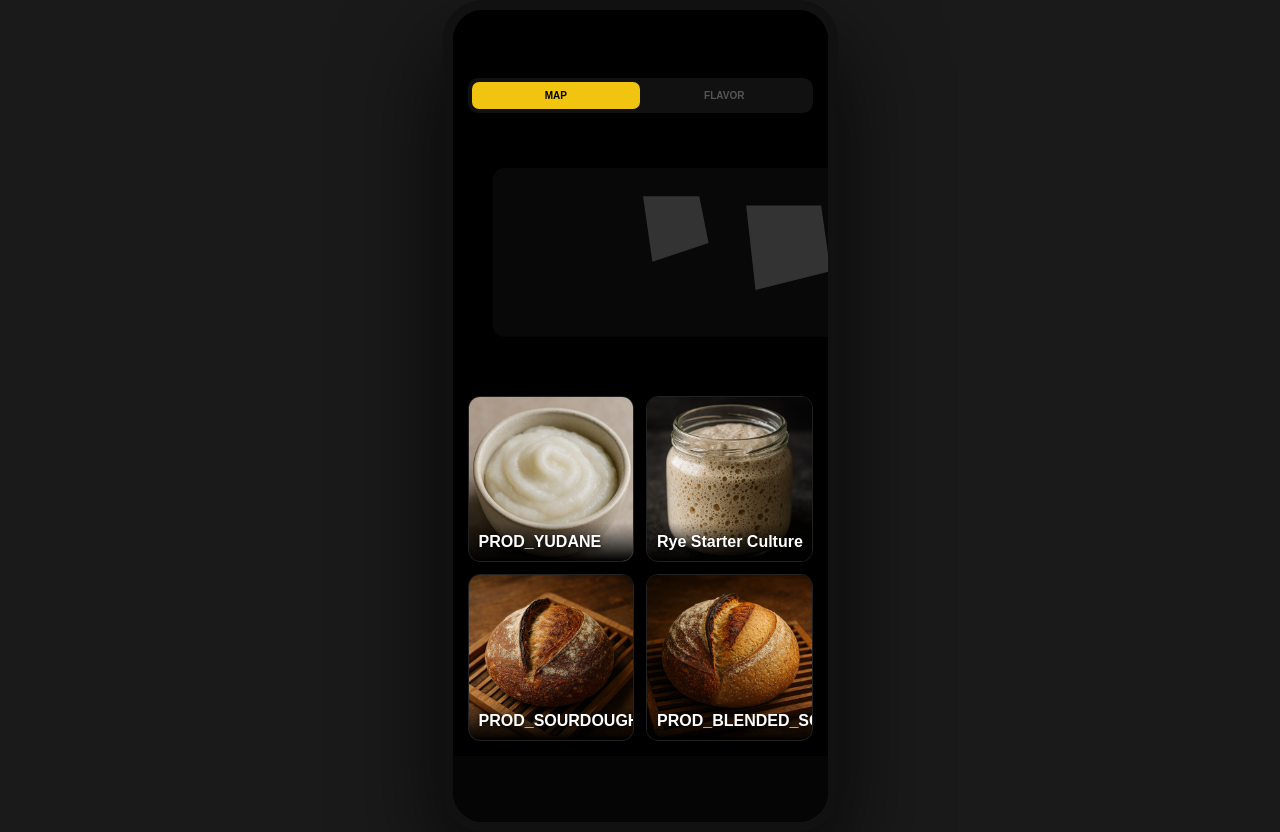
Repository: dkg11hu/baking-core
Page: index.html
These files come from the project's save history. The page is drawn as it stood at one moment and after the next save; the edit follows.
The browser window is 1280 px wide. The pictures show the whole page.

Above is the page before, as saved 2026-01-03 14:55:29.

After the next save:
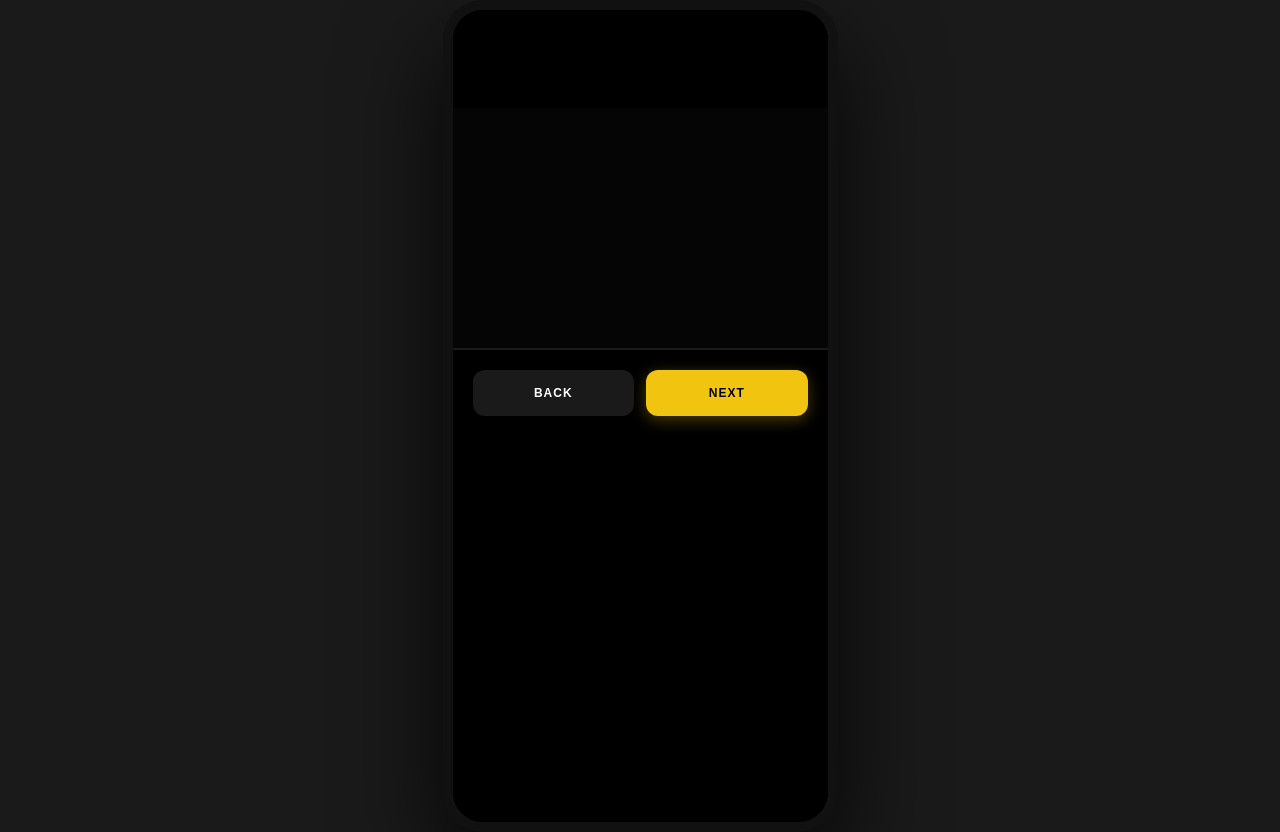
Console error: SyntaxError: Unexpected token 'const'
Saved 36 s later.
--- a/src/UI/Gallery.mjs
+++ b/src/UI/Gallery.mjs
@@ -1,7 +1,10 @@
 import { MediaHelper } from './MediaHelper.mjs';
 import { MapSelection } from './Map.mjs';
 
-export const Gallery = {
+eexport const Gallery = {
+    selectedId: null,
+    currentTerritory: 'ALL',
+
     render(ssot, locale) {
         const selector = document.getElementById('graphical-selector');
         if (selector) {
@@ -17,18 +20,23 @@
     },
 
     filterByTerritory(territory, ssot, locale) {
+        this.currentTerritory = territory; // Set state for Back button logic
+        this.selectedId = null; // Reset selection on filter change
+
         const products = Object.entries(ssot.registry).filter(([id, data]) => {
             return data.type === 'BRANCH' && (territory === 'ALL' || data.classification?.territory === territory);
         });
         this.renderTiles(products, locale);
+        this.updateButtonStates();
     },
 
     renderTiles(products, locale) {
         const grid = document.getElementById('tile-grid');
         grid.innerHTML = products.map(([id, data]) => {
             const name = locale[id] || id;
+            // FIX: Changed startWorkflow to selectProduct to enable the "Lit" button logic
             return `
-                <div class="tile" onclick="window.startWorkflow('${id}')"
+                <div class="tile" data-id="${id}" onclick="Gallery.selectProduct('${id}')"
                      onmousemove="window.showHelper(event, '${name}')" onmouseleave="window.hideHelper()">
                     <img src="${MediaHelper.safeImage(data.ui_features?.tile_photo, id)}" onerror="this.src='${MediaHelper.getFallbackSVG(id)}'">
                     <div class="tile-label"><strong>${name}</strong></div>
@@ -39,9 +47,10 @@
     selectProduct(id) {
         this.selectedId = id;
 
-        // Visual feedback: highlight the tile
+        // Visual feedback
         document.querySelectorAll('.tile').forEach(t => t.classList.remove('selected'));
-        document.querySelector(`[data-id="${id}"]`)?.classList.add('selected');
+        const el = document.querySelector(`[data-id="${id}"]`);
+        if (el) el.classList.add('selected');
 
         this.updateButtonStates();
     },
@@ -50,16 +59,13 @@
         const nextBtn = document.querySelector('.btn-nav.primary');
         const backBtn = document.querySelector('.btn-nav:not(.primary)');
 
-        // NEXT is only lit if a product is selected
         if (nextBtn) {
             nextBtn.disabled = !this.selectedId;
         }
 
-        // BACK is only lit if we are deep in a category (not on the International root)
         if (backBtn) {
-            // Logic: if current territory is 'ALL', back is disabled
+            // Back is unlit if we are at the top-level International view
             backBtn.disabled = this.currentTerritory === 'ALL';
         }
     }
-
 };

After the 3 saves that followed:
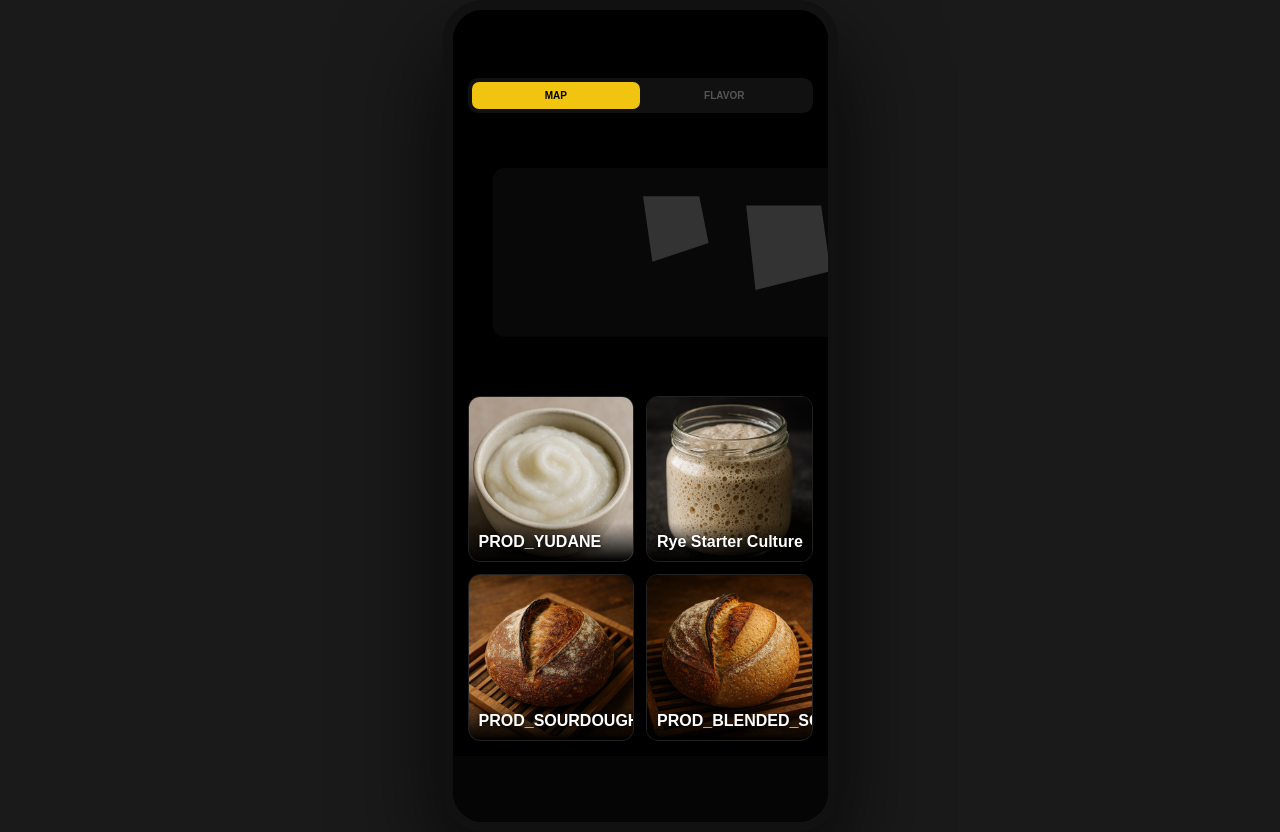
The error is gone.
The 3 saves are shown as one change because 2 left the picture as it was.
The last was saved 2 min 14 s later.
--- a/app.js
+++ b/app.js
@@ -30,10 +30,25 @@ window.switchSelector = (viewId) => {
 
 window.filterByTerritory = (territory) => Gallery.filterByTerritory(territory, State.ssot, State.locale);
 window.startWorkflow = (id) => { window.hideHelper(); Driver.start(id, State.ssot, State.locale); };
+
 window.changeStep = (delta) => {
-    // Pass State.locale explicitly to ensure titles translate
-    Driver.move(delta, State.locale);
+    // If we are on the browser view
+    if (document.getElementById('workflow-view').classList.contains('hidden')) {
+        if (delta === 1 && Gallery.selectedId) {
+            // Selection is made, start the Gateway (Step 0)
+            Driver.start(Gallery.selectedId, State.ssot, State.locale);
+        } else if (delta === -1) {
+            // Reset to International if they hit back from a territory
+            Gallery.filterByTerritory('ALL', State.ssot, State.locale);
+        }
+    } else {
+        // We are already inside the Workflow/Driver
+        Driver.move(delta, State.locale);
+    }
 };
+
+// Make Gallery globally accessible for the onclick events
+window.Gallery = Gallery;
 
 async function boot() {
     try {
--- a/src/UI/Gallery.mjs
+++ b/src/UI/Gallery.mjs
@@ -1,7 +1,7 @@
 import { MediaHelper } from './MediaHelper.mjs';
 import { MapSelection } from './Map.mjs';
 
-eexport const Gallery = {
+export const Gallery = {
     selectedId: null,
     currentTerritory: 'ALL',
 
